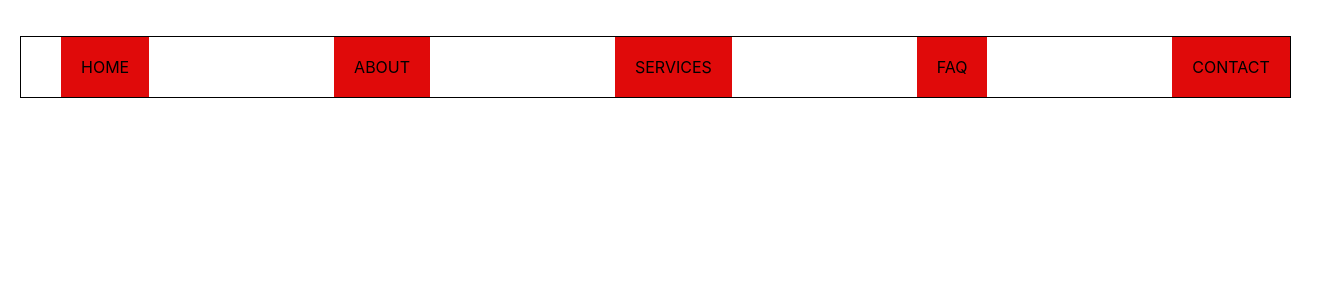
Repository: sriram1224/reactas1.github.io
Page: /
The author's editor kept a copy of each file at every save. The page is drawn from the files as they stood at one save, then again after the next save.
The browser window is 1280 px wide. The page is 1320 px wide, so the pictures cover 1320 px, including what lies to the right of the window. The pictures show the whole page.
The project was rebuilt for these pictures with package versions that can differ from the ones it lists, and the page was loaded fresh each time.

Above is the page before, as saved 2024-03-05 06:50:56.

### src/App.js
import Nav from './Components/Nav';
import './App.css';

function App() {
  return (
    <div className="App">
     <Nav />
    </div>
  );
}

export default App;

### src/Components/Nav.js

import Navc from './Nav.css';
function Nav(){
    return (
        <nav className='Nav'>
            <ul>
                <li>HOME</li>
                <li>ABOUT</li>
                <li>SERVICES</li>
                <li>FAQ</li>
                <li>CONTACT</li>
            </ul>
        </nav>
    )
}
export default Nav;

### src/Components/Nav.css
.Nav{
    display: flex;
    justify-content: space-between;
    align-items: center;
    padding: 20px;
    width: 100%;
}
.Nav ul{
    display: flex;
    justify-content: space-between;
    align-items: center;
    list-style: none;
    gap: 20px;
    width: 96%;
    border: 1px solid #000;
}
.Nav ul li{
    padding: 20px;
    background-color: rgb(224, 10, 10);
}

Loaded but not shown: public/index.html (common file); src/index.js (common file); src/index.css (common file); src/reportWebVitals.js (common file); src/App.css (common file)

After the next save:
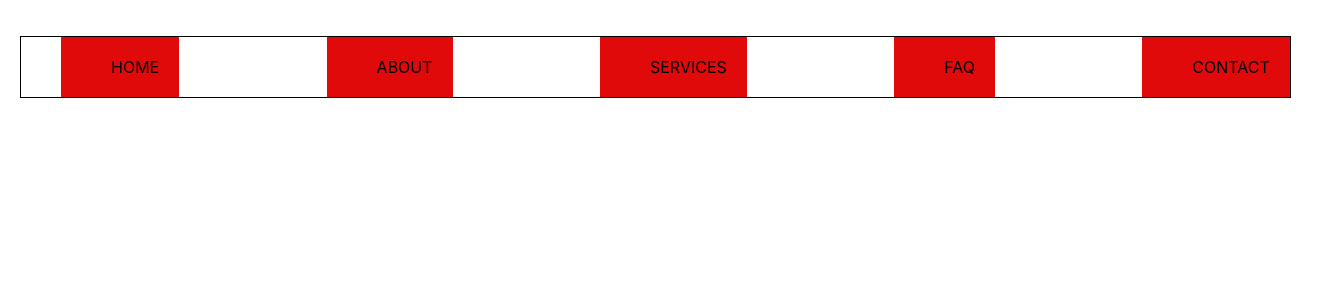
Saved 15 s later.
--- a/src/Components/Nav.css
+++ b/src/Components/Nav.css
@@ -16,5 +16,6 @@
 }
 .Nav ul li{
     padding: 20px;
+    padding-left: 50px;
     background-color: rgb(224, 10, 10);
 }
